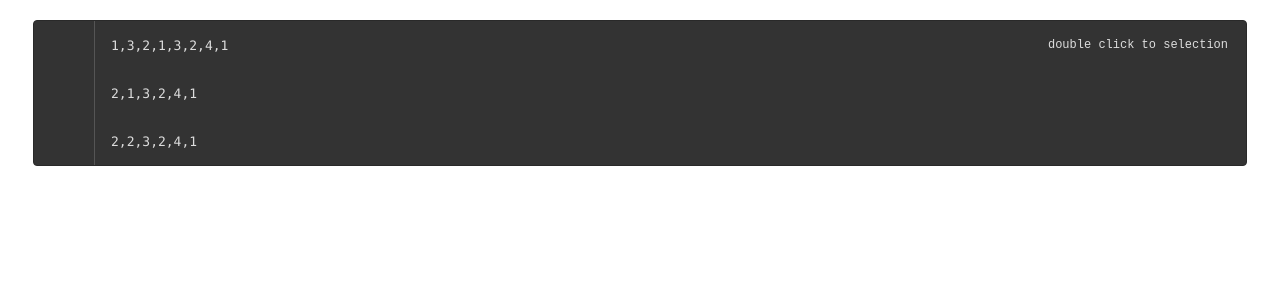
Repository: betaWeb/twicejs
Page: index.html
An editor plug-in stored every save of this project. The page is shown before and after the next save, followed by the edit.
The browser window is 1280 px wide. The pictures show the whole page.

Above is the page before, as saved 2019-12-12 14:20:32.

### index.html
<!DOCTYPE html>
<html lang="en">

<head>
    <meta charset="UTF-8">
    <meta name="viewport" content="width=device-width, initial-scale=1.0">
    <meta http-equiv="X-UA-Compatible" content="ie=edge">
    <title>TwiceJS</title>
    <style>
        pre {
            background: #333;
            white-space: pre;
            word-wrap: break-word;
            overflow: auto;
        }

        pre.code {
            margin: 20px 25px;
            border-radius: 4px;
            border: 1px solid #292929;
            position: relative;
        }

        pre.code label {
            font-family: sans-serif;
            font-weight: bold;
            font-size: 13px;
            color: #ddd;
            position: absolute;
            left: 1px;
            top: 15px;
            text-align: center;
            width: 60px;
            -webkit-user-select: none;
            -moz-user-select: none;
            -ms-user-select: none;
            pointer-events: none;
        }

        pre.code code {
            font-family: "Inconsolata", "Monaco", "Consolas", "Andale Mono", "Bitstream Vera Sans Mono", "Courier New", Courier, monospace;
            display: block;
            margin: 0 0 0 60px;
            padding: 15px 16px 14px;
            border-left: 1px solid #555;
            overflow-x: auto;
            font-size: 13px;
            line-height: 19px;
            color: #ddd;
        }

        pre::after {
            content: "double click to selection";
            padding: 0;
            width: auto;
            height: auto;
            position: absolute;
            right: 18px;
            top: 14px;
            font-size: 12px;
            color: #ddd;
            line-height: 20px;
            overflow: hidden;
            -webkit-backface-visibility: hidden;
            transition: all 0.3s ease;
        }

        pre:hover::after {
            opacity: 0;
            visibility: visible;
        }
    </style>
</head>
<div id="app">
    <pre class="code"></pre>
</div>

<body>
    <script type="text/javascript" src="/TwiceJS.js" defer></script>
    <script type="text/javascript" defer>
        document.addEventListener('DOMContentLoaded', () => {
            const $pre = document.querySelector('#app .code')
            const print = str => {
                const $code = document.createElement('code')
                $code.innerHTML = str
                $pre.appendChild($code)
            }
            let set = new window.TwiceJS
            set.append([1, 1, 1, 2, 3, 3, 4])
            print(set.withCount)
            set.remove(1)
            print(set.withCount)
            set.append(2)
            print(set.withCount)
        })
    </script>
</body>

</html>

### TwiceJS.js
/**
 * @property {Object} options
 * @property {Map} dataset
 */
class TwiceJS {

    /**
     * @returns {Array}
     */
    get entries() {
        return Array.from(this.keys.map(this._decodeKey.bind(this)))
    }

    /**
     * @returns {Object[] | Array[]}
     */
    get withCount() {
        return this.keys.reduce((acc, key) => {
            const count = this._dataset.get(key)
            const item = this._decodeKey(key)

            if (item.constructor !== Object)
                return [...acc, [item, count]]

            return [
                ...acc,
                {
                    ...item,
                    ...{ [this.options.count_key]: count }
                }
            ]
        }, [])
    }

    /**
     * @returns {Array}
     */
    get keys() {
        return [...this._dataset.keys()]
    }

    /**
     * @returns {Boolean}
     */
    get isEmpty() {
        return this.keys.length === 0
    }

    /**
     * @returns {Map}
     */
    get rawMap() {
        return this._dataset
    }

    /**
     * @returns {Object}
     */
    static get DEFAULT_OPTIONS() {
        return {
            count_key: '_count'
        }
    }

    /**
     * @param {Object} options
     */
    constructor(options = {}) {
        this.options = { ...TwiceJS.DEFAULT_OPTIONS, ...options }
        this.clear()
    }

    /**
     * @returns {TwiceJS}
     */
    clear() {
        this._dataset = new Map()
        return this
    }

    /**
     * @param {Array|*} data
     * @returns {TwiceJS}
     */
    append(data) {
        return this._process(data, item => {
            const key = this._keyify(item)
            let count = this._dataset.get(key) || 0

            this._dataset.set(key, count += 1)
        })
    }

    /**
     * @param {Array|*} oldKey
     * @param {Array|*} newKey
     * @returns {TwiceJS}
     */
    replace(oldKey, newKey) {
        oldKey = this._keyify(oldKey)
        newKey = this._keyify(newKey)

        if (!this._dataset.has(oldKey))
            throw new Error(`[Err] TwiceJS.set :: key '${oldKey}' doesn't exists on dataset`)

        const oldCount = this._dataset.get(oldKey)

        this
            .remove(oldKey)
            .append(newKey)

        this._dataset.set(newKey, oldCount)

        return this
    }

    /**
     * @param {Array|*} data
     * @returns {TwiceJS}
     */
    remove(data) {
        return this._process(data, item => {
            const key = this._keyify(item)

            if (this._dataset.has(key))
                this._dataset.delete(key)
        })
    }

    /**
     * @param {*} item
     * @returns {Number}
     */
    count(item) {
        const key = this._keyify(item)
        return this._dataset.get(key) || 0
    }

    /**
     * @param {Array} data
     * @param {Function} process
     * @returns {TwiceJS}
     */
    _process(data, process) {
        if (!Array.isArray(data))
            data = [data]

        data = this._normalize(data)
        data.forEach(process.bind(this))
        return this
    }

    /**
     * @param {*} item
     * @returns {String}
     */
    _keyify(item) {
        if (!Array.isArray(item) && item.constructor !== Object)
            return item.toString()

        try {
            return JSON.stringify(item)
        } catch (e) {
            throw new Error(`[Err] TwiceJS._keyify :: error on keyify item ${item}\n${e}`)
        }
    }

    /**
     * @param {String} key
     * @returns {*}
     */
    _decodeKey(key) {
        try {
            return JSON.parse(key)
        } catch (err) {
            return key;
        }
    }

    /**
     * @param {Array|Object|*} data
     * @returns {Array|Object|*}
     */
    _normalize(data) {
        try {
            return JSON.parse(JSON.stringify(data))
        } catch (e) {
            return data
        }
    }

}

if (!('TwiceJS' in window))
    window.TwiceJS = TwiceJS

After the next save:
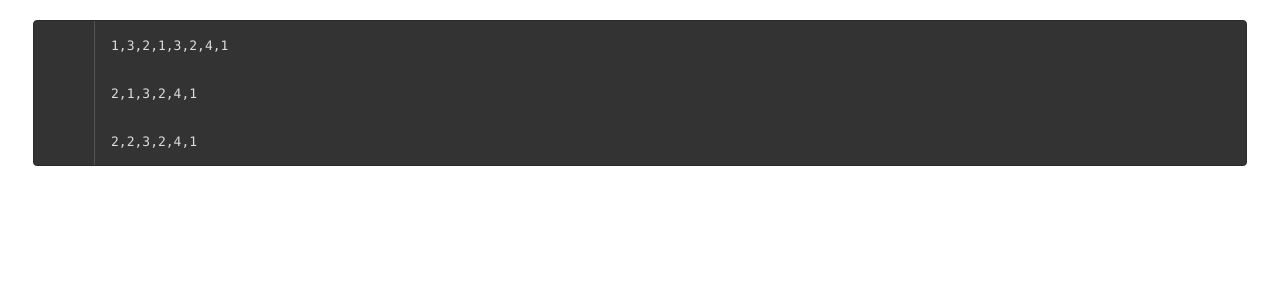
Saved 18 s later.
--- a/index.html
+++ b/index.html
@@ -49,22 +49,6 @@
             color: #ddd;
         }
 
-        pre::after {
-            content: "double click to selection";
-            padding: 0;
-            width: auto;
-            height: auto;
-            position: absolute;
-            right: 18px;
-            top: 14px;
-            font-size: 12px;
-            color: #ddd;
-            line-height: 20px;
-            overflow: hidden;
-            -webkit-backface-visibility: hidden;
-            transition: all 0.3s ease;
-        }
-
         pre:hover::after {
             opacity: 0;
             visibility: visible;
